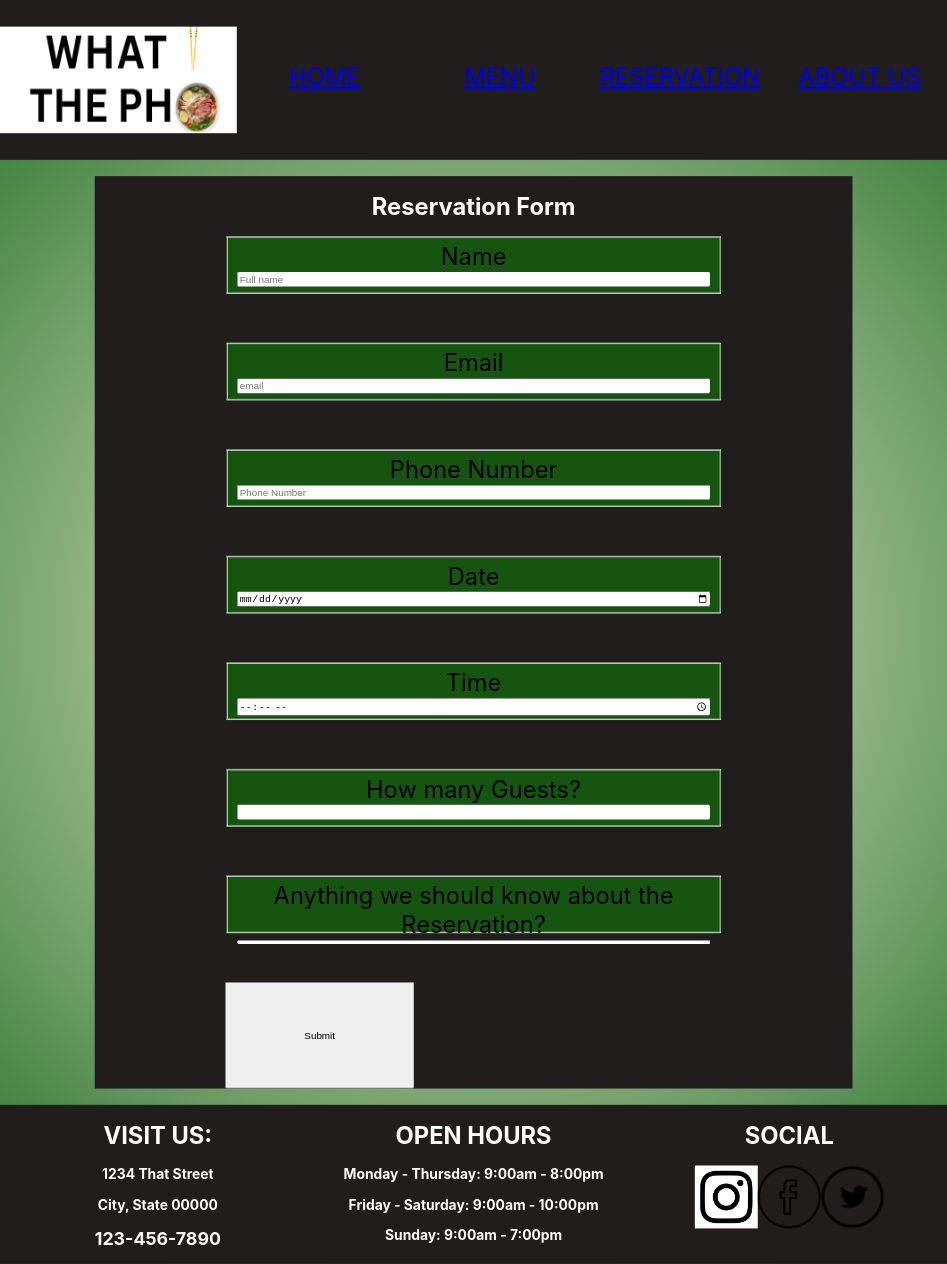
Repository: NguyenkhDang/Restaurant-Website
Page: /reservation
An editor plug-in stored every save of this project. The page is shown before and after the next save, followed by the edit.
The browser window is 1280 px wide. The pictures show the whole page, at 74% of full size.
The project was rebuilt for these pictures with package versions that can differ from the ones it lists, and the page was loaded fresh each time. Also part of the build but not shown: src/CSS/Readmore.css, src/Readmore.js, src/CSS/SectionContainer.css, src/SectionContainer.js, src/CSS/Home.css, src/Pages/HomePage.js, src/Pages/MenuPage.js, src/Pages/AboutUsPage.js and 1 more.

Above is the page before, as saved 2026-01-18 15:30:58.

### src/index.js
import React from 'react';
import ReactDOM from 'react-dom/client';
import './index.css';
import App from './App';
import reportWebVitals from './reportWebVitals';
import { BrowserRouter } from "react-router-dom";


const root = ReactDOM.createRoot(document.getElementById("root"));
root.render(
  <BrowserRouter>
    <App />
  </BrowserRouter>
);

// If you want to start measuring performance in your app, pass a function
// to log results (for example: reportWebVitals(console.log))
// or send to an analytics endpoint. Learn more: https://bit.ly/CRA-vitals
reportWebVitals();

### src/App.js

import './App.css';

import NavigationBar from './NavigationBar';
import Footer from "./Footer"
import {Routes, Route} from "react-router-dom"



import HomePage from "./Pages/HomePage"
import MenuPage from "./Pages/MenuPage"
import ReservationPage from "./Pages/ReservationPage"
import AboutUsPage from "./Pages/AboutUsPage"
import ContactUsPage from "./Pages/ContactUsPage"

function App() {


  return (
    <div className="home">
      <NavigationBar />

      <Routes>
        <Route path="/" element={<HomePage />} />
        <Route path="/menu" element={<MenuPage />} />
        <Route path="/reservation" element={<ReservationPage />} />
        <Route path="/aboutUs" element={<AboutUsPage />} />
        <Route path="contactUs" element={<ContactUsPage />} />
      </Routes>

      <Footer />
  </div>
);
}

export default App;

### src/App.css
html{
  -ms-overflow-style: none;
  scrollbar-width: none;
}

.home {
  display: grid;
  margin: 0;
  padding: 0;

  background: radial-gradient(
    circle,
    rgba(245, 240, 213, 1) 0%,
    rgba(38, 115, 42, 1) 100%
  );
  place-items: center;
  text-align: center;
  color: white;
}


html::-webkit-scrollbar {
  display: none;
}

### src/NavigationBar.js
import "./CSS/NavigationBar.css"
import Logo from "./image/CustomLogo2.png"
import { Link } from "react-router-dom"
const NavigationBar = () =>{



  return (
    <div className="navbar">
      <div className="logoImage">
        <img src= {Logo} />
      </div>
      <div className="wholeNavBar">
        <ul>
          <li>
            <Link to="/">HOME</Link>
          </li>
          <li>
            <Link to="/menu">MENU</Link>
          </li>
          <li>
            <Link to="/reservation">RESERVATION</Link>
          </li>
          <li>
            <Link to="/aboutUs">ABOUT US</Link>
          </li>
        </ul>

      </div>
    </div>
  )


}

export default NavigationBar

### src/Footer.js
import "./CSS/Footer.css"
import InstagramIcon from "./image/instagramIcon.png"
import FacebookIcon from "./image/facebookIcon.png"
import TwitterIcon from "./image/twitterIcon.png"
const Footer = () =>{

  return(
    <div className="footer">
      <div>
        <h1>VISIT US:</h1>
        <h3>1234 That Street</h3>
        <h3>City, State 00000</h3>

        <h2>123-456-7890</h2>
      </div>
      <div>
        <h1>OPEN HOURS</h1>
        <h3>Monday - Thursday: 9:00am - 8:00pm</h3>
        <h3>Friday - Saturday: 9:00am - 10:00pm</h3>
        <h3>Sunday: 9:00am - 7:00pm</h3>
      </div>
      <div>
        <h1>SOCIAL</h1>
        <a href="https://www.instagram.com/" target="_blank"><img src={InstagramIcon}/></a>
        <a href="https://www.facebook.com/" target="_blank"><img src={FacebookIcon}/></a>
        <a href="https://x.com/" target="_blank"><img src={TwitterIcon}/></a>
      </div>

    </div>
  )

}

export default Footer

### src/Pages/ReservationPage.js
import ReservationForm from "../ReservationForm"


const ReservationPage = () =>{
  return(
    <>
      <ReservationForm />
    </>
  )
}

export default ReservationPage

### src/CSS/NavigationBar.css
.navbar{
  background-color: rgb(34, 29, 29);
  display: grid;
  grid-template-columns: 25% 75%;
  width: 100vw;
  height: 25vh;
  padding-top: 5vh;
}
.wholeMavBar{
  float: right;
  height: 10vh;
}

.logoImage img{
  height: 20vh;
  width: 25vw;
  object-fit: fill;
  object-position: center;
}

ul{
  align-items: center;
  list-style-type: none;
  display: grid;
  place-items: center;
  grid-template-columns: 1fr 1fr 1fr 1fr;
  margin-top: 5%;
  padding: 0;
}
li a{
  font-size: 2em;
  text-align: center;
  padding: 14px 16px;
}

li a:hover{
  background-color: #c5b1b1;
}

### src/CSS/Footer.css
.footer{
  background-color: rgb(34, 29, 29);
  display: grid;
  grid-template-columns: repeat(3, 1fr);
  width: 100vw;
}

.footer img{
  width: 20%;
}

### src/ReservationForm.js
import { useRef, useState } from "react"
import "./CSS/ReservationForm.css"
const ReservationForm = () =>{

  const [phoneNumberLength, setPhoneNumberLength] = useState("")

  const formRef= useRef(null)


  const PhoneNumber = (e) =>{

    let value = e.target.value;
    value = value.replace(/\D/g, "");
    if (value.length > 3 && value.length <=6){
      value = `(${value.slice(0, 3)}) ${value.slice(3)}`;
    } else if (value.length > 6) {
    value = `(${value.slice(0, 3)}) ${value.slice(3, 6)}-${value.slice(6, 10)}`;
    }
    setPhoneNumberLength(value)
  }


  const handleSubmit = (e)=>{

    e.preventDefault();
    const url = "https://script.google.com/macros/s/AKfycbx0FabLb-KOBm8n_JP2SJcp21AE1aox7vxr3D2p_FfrtZs8dIHl3N9UMOriMfEaySY/exec"

    fetch(url,{
      method:"POST",
      body: new FormData(formRef.current)
    } ).then(() => {
      alert("Reservation Submitted ");
    }).catch((error) => console.log(error))
  };

  return (
    <div className = "reservationForm">
      <h1>Reservation Form</h1>
      <form className="form" ref = {formRef} onSubmit={handleSubmit}>
        <fieldset>
          <label for="name">Name</label>
          <input
            type="text"
            name="Name"
            id="name"
            placeholder="Full name"
            required
          />
        </fieldset>
        <fieldset>
          <label for="email">Email</label>
          <input
            type="email"
            name="Email"
            id="email"
            placeholder="email"
            required
          />
        </fieldset>
        <fieldset>
          <label for="phone">Phone Number</label>
          <input
            type="text"
            name="Phone"
            id="phone"
            value={phoneNumberLength}
            onChange={PhoneNumber}
            placeholder="Phone Number"
          />
        </fieldset>
        <fieldset>
          <label for="date">Date</label>
          <input
            type="date"
            name="Date"
            id="date"
            required
          />
        </fieldset>

        <fieldset>
          <label for="time">Time</label>
          <input
            type="time"
            name="Time"
            id="date"
            required
          />
        </fieldset>

        <fieldset>
          <label for="guests">How many Guests?</label>
          <input
            type="number"
            name="Guests"
            id="guests"
            required
          />
        </fieldset>
        <fieldset>
          <label for="comment">Anything we should know about the Reservation?</label>
          <textarea
            name="Comment"
            style={{
              width: "auto"
            }}
          />
        </fieldset>
      <button>Submit</button>
    </form>
    </div>
  )
}

export default ReservationForm

### src/CSS/ReservationForm.css
.reservationForm{
  width: 80vw;
  place-items: center;
  background-color: rgb(34, 29, 29);
  margin: 3vh 0;
}


.form{
  display: grid;
  grid-template-rows: repeat(8, 1fr);
  color: black;
}

.form fieldset{
  display: grid;
  grid-template-rows: repeat(2,1fr);
  background-color: rgb(21, 85, 16);
  width: 50vw;
  height: 8vh;
  gap: 1px
}
.form fieldset label{
  font-size: 2em;
}
button{
  width: 20vw;
  height: 20vh;
}

Loaded but not shown: public/index.html (common file); src/index.css (common file); src/reportWebVitals.js (common file)

After the next save:
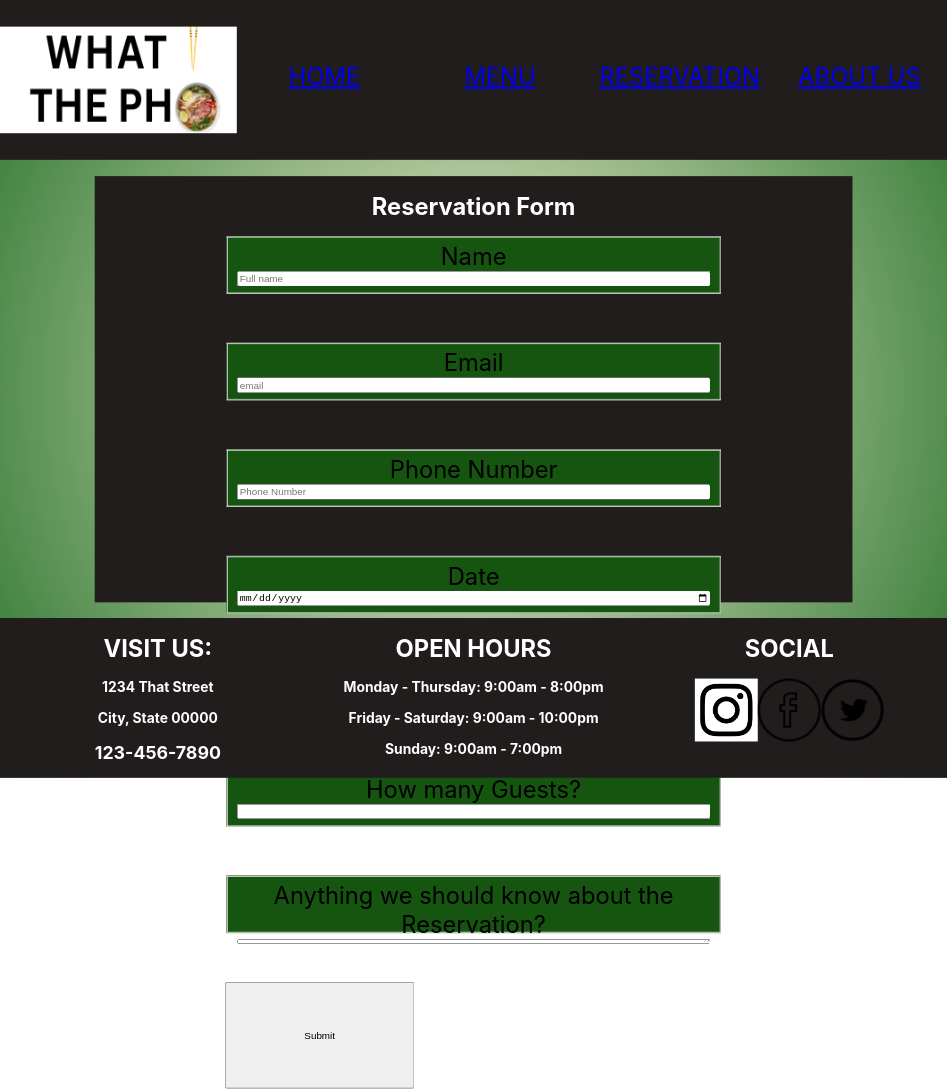
Saved 23 s later.
--- a/src/CSS/ReservationForm.css
+++ b/src/CSS/ReservationForm.css
@@ -3,6 +3,7 @@
   place-items: center;
   background-color: rgb(34, 29, 29);
   margin: 3vh 0;
+  height: 80vh;
 }
 
 
@@ -18,7 +19,6 @@
   background-color: rgb(21, 85, 16);
   width: 50vw;
   height: 8vh;
-  gap: 1px
 }
 .form fieldset label{
   font-size: 2em;

After the save that followed:
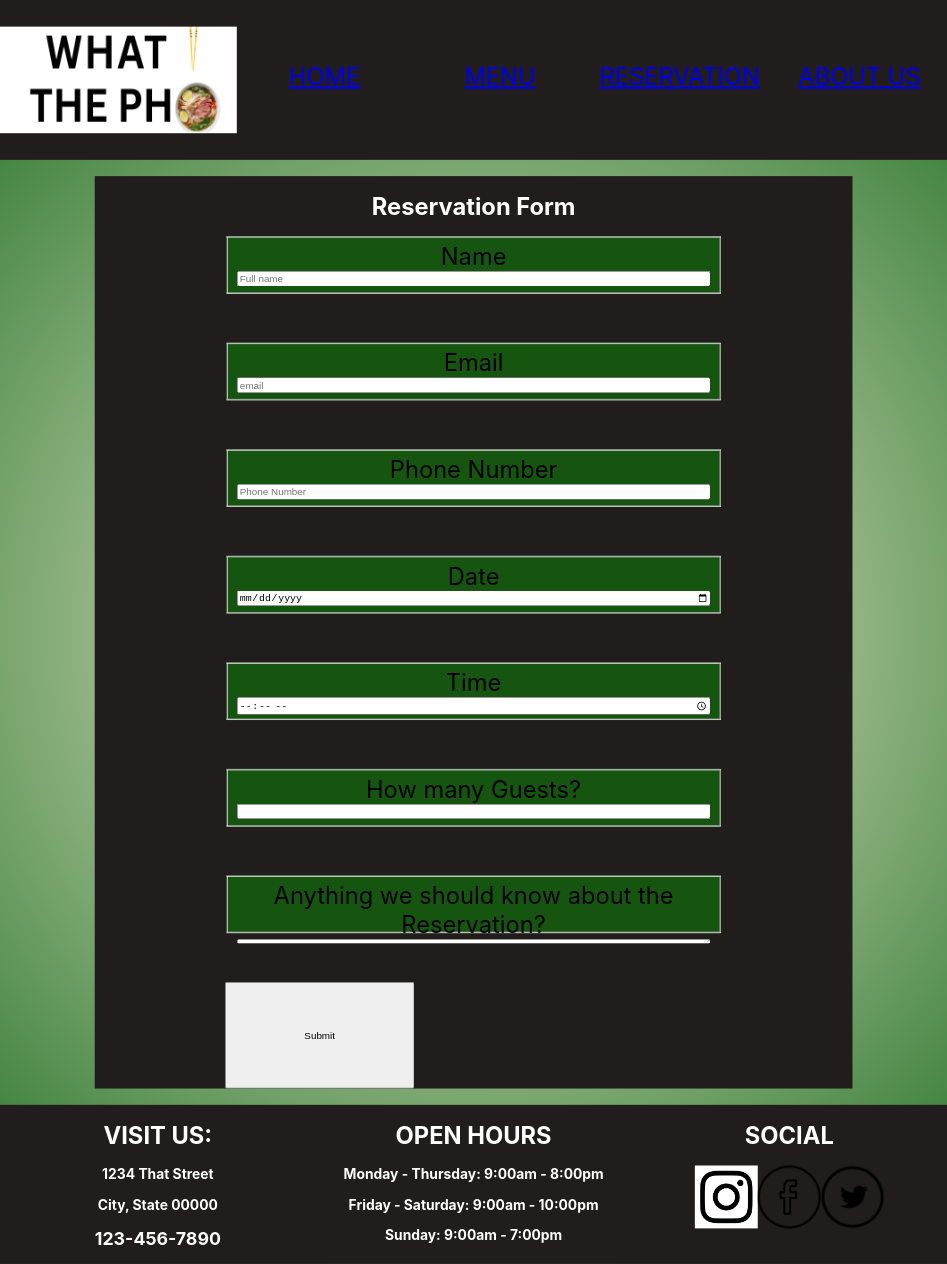
Saved 7 s later.
--- a/src/CSS/ReservationForm.css
+++ b/src/CSS/ReservationForm.css
@@ -3,7 +3,7 @@
   place-items: center;
   background-color: rgb(34, 29, 29);
   margin: 3vh 0;
-  height: 80vh;
+  height: auto;
 }
 
 
